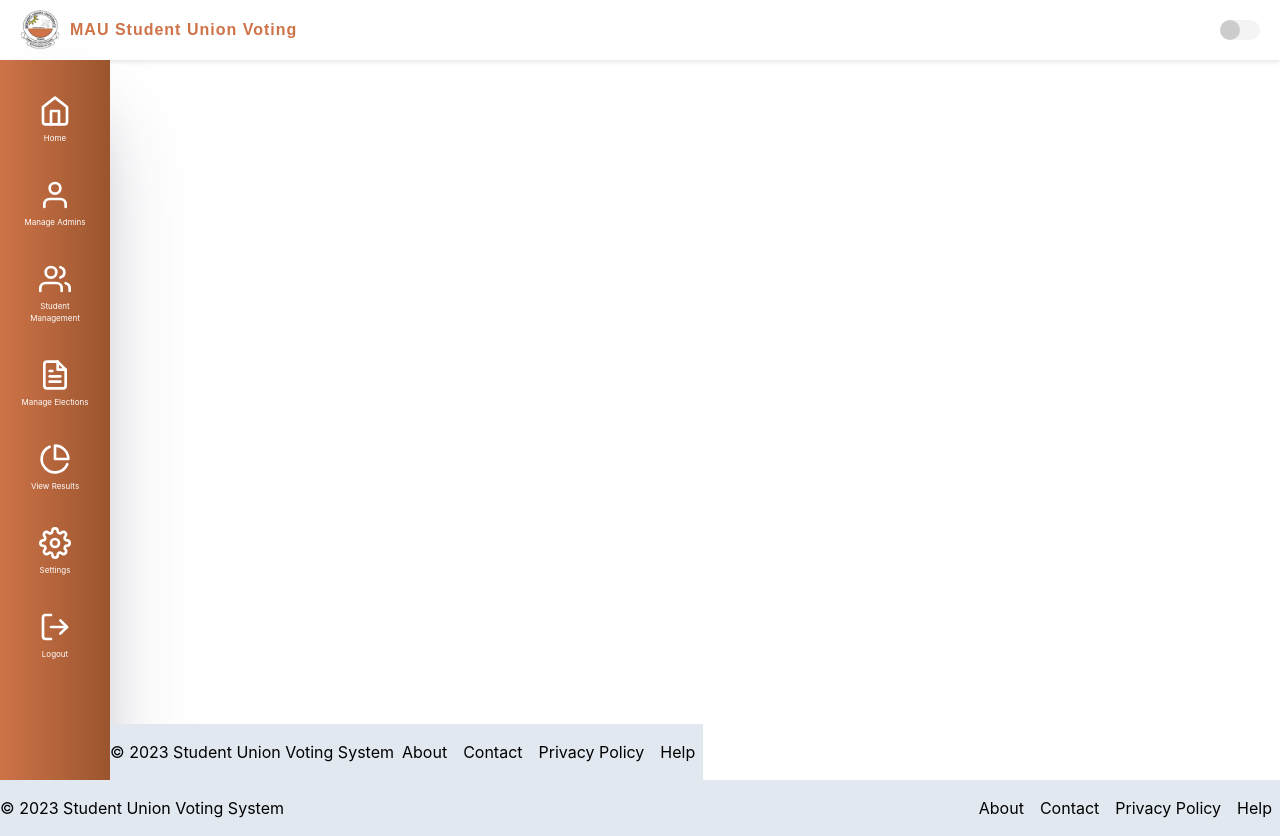
Repository: joena1o/e-vote
Page: /admin-dashboard/student-management
An editor plug-in stored every save of this project. The page is shown before and after the next save, followed by the edit.
The browser window is 1280 px wide. The pictures show the whole page.
The project was rebuilt for these pictures with package versions that can differ from the ones it lists, and the page was loaded fresh each time. Also part of the build but not shown: src/components/EnhancedLogin.js, src/components/BottomNav.js, src/api/index.js, src/components/maincontent/home/Home.styles.js, src/components/maincontent/home/Home.js, src/components/maincontent/RegisterStudents/ManageStudents.js, src/components/maincontent/RegisterStudents/RegisterStudents.js, src/components/maincontent/RegisterStudents/StudentManagement.js and 24 more.

Above is the page before, as saved 2023-12-14 23:53:01.

### src/index.js
import React from 'react';
import ReactDOM from 'react-dom/client';
import './index.css';
import App from './App';
import reportWebVitals from './reportWebVitals';
import Modal from 'react-modal';

// Set the app element for the modal for accessibility purposes
Modal.setAppElement('#root');

const root = ReactDOM.createRoot(document.getElementById('root'));
root.render(
  <React.StrictMode>
    <App />
  </React.StrictMode>
);

// If you want to start measuring performance in your app, pass a function
// to log results (for example: reportWebVitals(console.log))
// or send to an analytics endpoint. Learn more: https://bit.ly/CRA-vitals
reportWebVitals();

### src/App.js
import React from 'react';
import { BrowserRouter as Router, Routes, Route, Navigate } from 'react-router-dom';
import EnhancedLogin from './components/EnhancedLogin';
import AdminDashboard from './components/AdminDashboard';
import StudentDashboard from './components/StudentDashboard';
import { ChakraProvider, ColorModeProvider, Button, useColorMode } from '@chakra-ui/react';
import { Provider } from 'react-redux';
import store from './Redux/store';
import ElectionCommitteeDashboard from './components/maincontent/ElectionCommitteeDashboard';


// Component to toggle dark mode
function DarkModeToggle() {
  const { colorMode, toggleColorMode } = useColorMode();
  return (
    <Button onClick={toggleColorMode} position="fixed" m={4} zIndex={10}>
      Toggle {colorMode === 'light' ? 'Dark' : 'Light'}
    </Button>
  );
}

function App() {
  // Check if the current route is not the "/login" route, then render the DarkModeToggle
  // const isLoginPage = window.location.pathname === '/login';

  return (
    <Provider store={store}>
      <ChakraProvider>
        <ColorModeProvider options={{ useSystemColorMode: true }}>
          <Router>
            <Routes>
              {/* Define your routes */}
              <Route path="/login" element={<EnhancedLogin />} />
              <Route path="/admin-dashboard/*" element={<AdminDashboard />} />
              <Route path="/ElectionCommittee-dashboard/*" element={<ElectionCommitteeDashboard />} />
              <Route path='/student-dashboard/*' element={<StudentDashboard />} />
              {/* Redirect root to /admin-dashboard */}
              <Route path="/" element={<Navigate to="/admin-dashboard" replace />} />
            </Routes>
          </Router>
          {/* Render DarkModeToggle only if not on the "/login" page */}
          {/* {!isLoginPage && <DarkModeToggle />} */}
        </ColorModeProvider>
      </ChakraProvider>
    </Provider>
  );
}

export default App;

### src/components/AdminDashboard.js
// AdminDashboard.js
import React from 'react';
import { Routes, Route } from 'react-router-dom';
import styled from 'styled-components';
import Sidebar from './Sidebar';
import Navbar from './Navbar';
import Footer from './Footer';
import BottomNav from './BottomNav';
import Home from './maincontent/home/Home';
import StudentManagement from './maincontent/RegisterStudents/StudentManagement';
import ViewResults from './maincontent/ElectionResults/ViewElectionResults';
import Settings from './maincontent/Settings/Settings';
import ManageAdmin from './maincontent/ManageAdmins/ManageAdmins';
import ManageElections from './maincontent/ManageElections/ManageElections';
import ElectionVotesLog from './maincontent/ElectionResults/report';

// Define styled components
const Container = styled.div`
  display: flex;
  flex-direction: column;
  height: 100vh;
  width: 100%;
`;

const Content = styled.div`
  display: flex;
  flex: 1;
  @media (max-width: 768px) {
    flex-direction: column;
  }
`;

const AdminDashboard = () => {
  const isSmallScreen = window.innerWidth <= 768;

  return (
    <Container>
      <Navbar />
      <Content>
        {isSmallScreen ? (
          <Routes>
            <Route index element={<Home />} />
            <Route path="student-management" element={<StudentManagement />} />
            <Route path="view-results" element={<ViewResults />} />
            <Route path="settings" element={<Settings />} />
            <Route path="manage-admin" element={<ManageAdmin />} />
            <Route path="manage-elections" element={<ManageElections />} />
            <Route path="election-Results" element={<ElectionVotesLog />} />
          </Routes>
        ) : (
          <Sidebar />
        )}
        {isSmallScreen ? <BottomNav /> : <Footer />}
      </Content>
      {!isSmallScreen && <Footer />}
    </Container>
  );
};

export default AdminDashboard;

### src/Redux/store.js
import { configureStore } from '@reduxjs/toolkit';
import electionReducer from './electionSlice';
import studentsReducer from './studentsSlice';
import candidatesReducer from './CandidateSlice'; // Import the candidates reducer

const store = configureStore({
  reducer: {
    elections: electionReducer,
    students: studentsReducer,
    candidates: candidatesReducer, // Add the candidates reducer here
  },
});

export default store;

### src/components/Sidebar.js
import React from 'react';
import styled from 'styled-components';
import { Link } from 'react-router-dom';
import { FiHome, FiUser, FiUsers, FiFileText, FiSettings, FiLogOut, FiPieChart } from 'react-icons/fi';
import { useColorMode } from '@chakra-ui/react';

const SidebarContainer = styled.nav`
  background: ${props => (props.theme === 'dark' ? '#333' : 'linear-gradient(to right, #ce7348, #9a552e)')};
  padding: 15px;
  height: 100vh;
  color: #fff;
  box-shadow: rgba(50, 50, 93, 0.25) 0px 50px 100px -20px, rgba(0, 0, 0, 0.3) 0px 30px 60px -30px;
  display: flex;
  flex-direction: column;
`;

const LinkList = styled.ul`
  list-style-type: none;
  padding: 0;
  flex: 1;
`;

const StyledLink = styled(Link)`
  text-decoration: none;
  color: #fff;
  display: flex;
  flex-direction: column;
  align-items: center;
  transition: color 0.3s ease;
  margin-bottom: 15px;
  cursor: pointer;
  font-size: 0.5rem;

  &:hover {
    color: #fce364;
  }

  width: 80px;
  text-align: center;
  word-wrap: break-word;
  overflow-wrap: break-word;

  @media (max-width: 768px) {
    font-size: 0.4rem;
  }

  @media (max-width: 480px) {
    font-size: 0.3rem;
  }
`;

const LinkItem = styled.li`
  display: flex;
  align-items: center;
  margin-top: 20px;
`;

const Icon = styled.div`
  font-size: 2rem;
  color: #fff;

  @media (max-width: 768px) {
    font-size: 0.9rem;
  }

  @media (max-width: 480px) {
    font-size: 0.8rem;
  }

  margin-bottom: 5px;

  ${StyledLink}:hover & {
    color: #fce364;  // Change icon color when the link is hovered
  }
`;

function Sidebar() {
  const { colorMode } = useColorMode();

  return (
    <SidebarContainer theme={colorMode}>
      <LinkList>
        <LinkItem>
          <StyledLink to="/admin-dashboard">
            <Icon><FiHome /></Icon>
            Home
          </StyledLink>
        </LinkItem>
        <LinkItem>
          <StyledLink to="/admin-dashboard/manage-admin">
            <Icon><FiUser /></Icon>
            Manage Admins
          </StyledLink>
        </LinkItem>
        <LinkItem>
          <StyledLink to="/admin-dashboard/student-management">
            <Icon><FiUsers /></Icon>
            Student Management
          </StyledLink>
        </LinkItem>
        <LinkItem>
          <StyledLink to="/admin-dashboard/manage-elections">
            <Icon><FiFileText /></Icon>
            Manage Elections
          </StyledLink>
        </LinkItem>
        <LinkItem>
          <StyledLink to="/admin-dashboard/view-results">
            <Icon><FiPieChart /></Icon>
            View Results
          </StyledLink>
        </LinkItem>
        <LinkItem>
          <StyledLink to="/admin-dashboard/settings">
            <Icon><FiSettings /></Icon>
            Settings
          </StyledLink>
        </LinkItem>
        <LinkItem>
          <StyledLink to="/logout">
            <Icon><FiLogOut /></Icon>
            Logout
          </StyledLink>
        </LinkItem>
      </LinkList>
    </SidebarContainer>
  );
}

export default Sidebar;

### src/components/Navbar.js
import React from 'react';
import styled, { createGlobalStyle } from 'styled-components';
import logo from '../assets/school_logo.jpg';
import { useColorMode } from '@chakra-ui/react';

const GlobalStyle = createGlobalStyle`
  body {
    background-color: ${props => (props.theme === 'dark' ? '#333' : '#fff')};
    color: ${props => (props.theme === 'dark' ? '#fff' : '#000')}; // Set other component texts to black in light mode
  }
`;

const Header = styled.header`
  background: ${props => (props.theme === 'dark' ? '#333' : '#fff')};
  color: ${props => (props.theme === 'dark' ? '#fff' : '#ce7348')}; // Set navbar text to brown in light mode
  padding: 10px 20px;
  display: flex;
  align-items: center;
  justify-content: flex-start;
  box-shadow: 0px 2px 4px rgba(0, 0, 0, 0.1);
  font-family: 'Poppins', sans-serif;
`;


const Logo = styled.img`
  width: 40px;
  height: 40px;
  border-radius: 20px;
  margin-right: 10px;
`;

const Title = styled.h1`
  margin: 0;
  padding: 0;
  font-size: 1rem;
  font-weight: 600;
  letter-spacing: 1px;
`;

const ToggleSlider = styled.label`
  display: flex;
  align-items: center;
  cursor: pointer;
  margin-left: auto;
`;

const SliderInput = styled.input.attrs({ type: 'checkbox' })`
  display: none;
`;

const Slider = styled.div`
  width: 40px;
  height: 20px;
  background-color: ${props => (props.theme === 'dark' ? '#333' : '#f4f4f4')};
  border-radius: 20px;
  position: relative;
  transition: background-color 0.3s ease;
  cursor: pointer;

  &::after {
    content: '';
    width: 20px;
    height: 20px;
    border-radius: 50%;
    background-color: ${props => (props.theme === 'dark' ? '#fff' : '#ccc')};
    position: absolute;
    top: 50%;
    transform: translateY(-50%);
    left: ${props => (props.theme === 'dark' ? '20px' : '0')};
    transition: left 0.3s ease;
  }
`;

function Navbar() {
  const { colorMode, toggleColorMode } = useColorMode();

  return (
    <>
      <GlobalStyle theme={colorMode} />
      <Header theme={colorMode}>
        <Logo src={logo} alt="University Logo" />
        <Title>MAU Student Union Voting</Title>
        <ToggleSlider>
          <SliderInput type="checkbox" onChange={toggleColorMode} />
          <Slider theme={colorMode} />
        </ToggleSlider>
      </Header>
    </>
  );
}

export default Navbar;

### src/components/Footer.js
import React from 'react';
import { Box, Flex, Text, Link } from '@chakra-ui/react';

const Footer = ({ colorMode }) => {
  const handleDownloadDocumentation = () => {

    const pdfUrl = '/path/to/your/documentation.pdf';

    //  anchor element that triggers  download
    const link = document.createElement('a');
    link.href = pdfUrl;
    link.download = 'documentation.pdf';
    link.click();
  };

    return (
      <Box as="footer" mt="auto" py={4} bg={colorMode === 'dark' ? 'gray.800' : 'gray.200'} color={colorMode === 'dark' ? 'white' : 'black'}>
        <Flex justify="space-between" align="center">
          <Text>&copy; 2023 Student Union Voting System</Text>
          <Flex>
            <Link mx={2} href="#about">
              About
            </Link>
            <Link mx={2} href="#contact">
              Contact
            </Link>
            <Link mx={2} href="#privacy">
              Privacy Policy
            </Link>
            <Link mx={2} onClick={handleDownloadDocumentation}>
              Help
            </Link>
          </Flex>
        </Flex>
      </Box>
    );
  };

  export default Footer;

### src/Redux/electionSlice.js
/*import { createSlice, createAsyncThunk } from '@reduxjs/toolkit';
import { API, graphqlOperation } from 'aws-amplify';
import { createElection as createElectionAPI } from '../graphql/mutations';

export const createElection = createAsyncThunk(
  'elections/createElection',
  async (election, { rejectWithValue }) => {
    try {
      const result = await API.graphql(graphqlOperation(createElectionAPI, { input: election }));
      return result.data.createElection;
    } catch (error) {
      return rejectWithValue(error);
    }
  }
);

const electionSlice = createSlice({
  name: 'elections',
  initialState: [],
  reducers: {},
  extraReducers: (builder) => {
    builder.addCase(createElection.fulfilled, (state, action) => {
      state.push(action.payload);
    });
  },
});

export default electionSlice.reducer;
*/

### src/Redux/studentsSlice.js
import { createSlice } from '@reduxjs/toolkit';

export const studentsSlice = createSlice({
  name: 'students',
  initialState: [],
  reducers: {
    addStudents: (state, action) => {
      // Add students to the Redux store
      action.payload.forEach(student => {
        state.push(student);
      });
    },
  },
});

export const { addStudents } = studentsSlice.actions;

export default studentsSlice.reducer;

### src/Redux/CandidateSlice.js

import { createSlice } from '@reduxjs/toolkit';

export const candidatesSlice = createSlice({
  name: 'candidates',
  initialState: [],
  reducers: {
    setCandidates: (state, action) => {
      return action.payload;
    },
  },
});

export const { setCandidates } = candidatesSlice.actions;
export default candidatesSlice.reducer;

Loaded but not shown: public/index.html (common file); src/index.css (common file); src/reportWebVitals.js (common file)

After the next save:
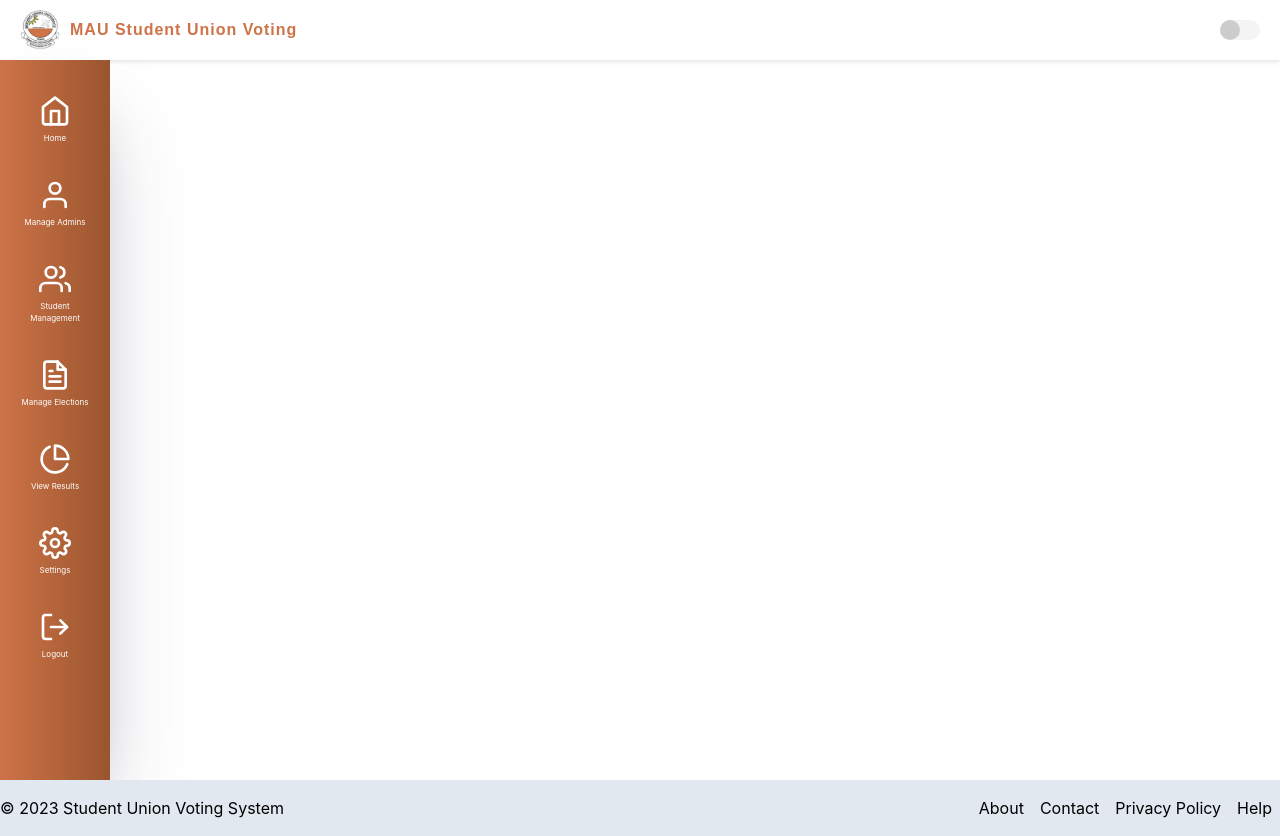
Saved 2 min 37 s later.
--- a/src/components/AdminDashboard.js
+++ b/src/components/AdminDashboard.js
@@ -18,8 +18,7 @@ import ElectionVotesLog from './maincontent/ElectionResults/report';
 const Container = styled.div`
   display: flex;
   flex-direction: column;
-  height: 100vh;
-  width: 100%;
+  min-height: 100vh;
 `;
 
 const Content = styled.div`
@@ -28,6 +27,13 @@ const Content = styled.div`
   @media (max-width: 768px) {
     flex-direction: column;
   }
+`;
+
+const BottomNavContainer = styled.div`
+  position: fixed;
+  bottom: 0;
+  width: 100%;
+  z-index: 1000;
 `;
 
 const AdminDashboard = () => {
@@ -50,9 +56,14 @@ const AdminDashboard = () => {
         ) : (
           <Sidebar />
         )}
-        {isSmallScreen ? <BottomNav /> : <Footer />}
       </Content>
-      {!isSmallScreen && <Footer />}
+      {isSmallScreen ? (
+        <BottomNavContainer>
+          <BottomNav />
+        </BottomNavContainer>
+      ) : (
+        <Footer />
+      )}
     </Container>
   );
 };
